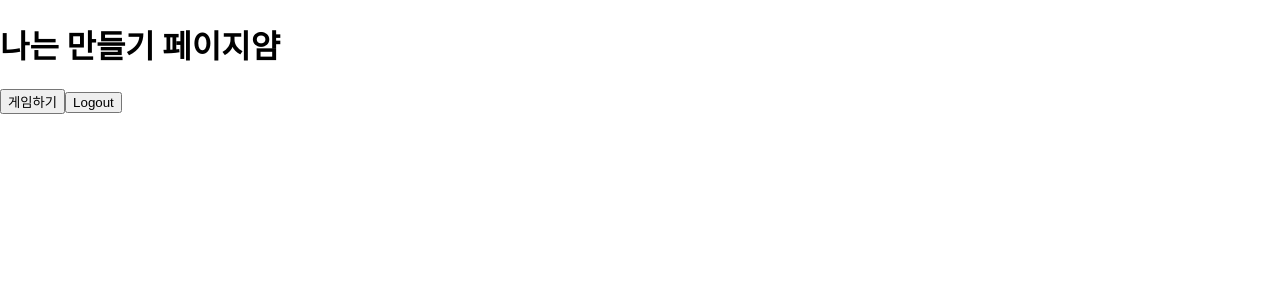
Repository: DevMinwoo-Jung/world_cup
Page: /maker (app in world_cup/)
These files come from the project's save history. The page is drawn as it stood at one moment and after the next save; the edit follows.
The browser window is 1280 px wide. The pictures show the whole page.
The project was rebuilt for these pictures with package versions that can differ from the ones it lists, and the page was loaded fresh each time. Also part of the build but not shown: world_cup/src/app.css, world_cup/src/components/login/login.jsx, world_cup/src/components/game/game.jsx.

Above is the page before, as saved 2021-08-31 14:14:54.

After the next save:
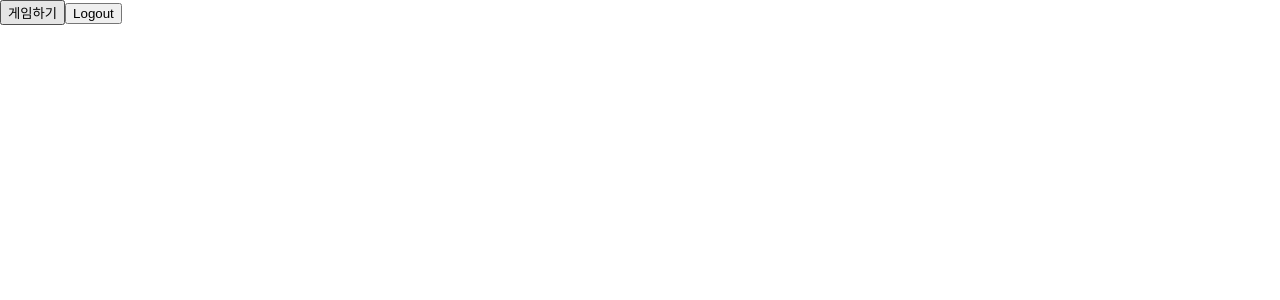
Saved 4 min 47 s later.
--- a/world_cup/src/components/world_cup_maker/world_cup_maker.jsx
+++ b/world_cup/src/components/world_cup_maker/world_cup_maker.jsx
@@ -5,7 +5,7 @@ import {
   Switch,
   Route,
 } from "react-router-dom";
-import Game from '../game/game';
+import Header from '../header/header';
 
 const WorldCupMaker = () => {
   let history = useHistory();
@@ -20,7 +20,7 @@ const WorldCupMaker = () => {
 
   return (
     <>
-      <h1>나는 만들기 페이지얌</h1>
+      <Header/>
       <button onClick={gotoGame}>게임하기</button>
       <button onClick={gotoHome}>Logout</button>
     </>
